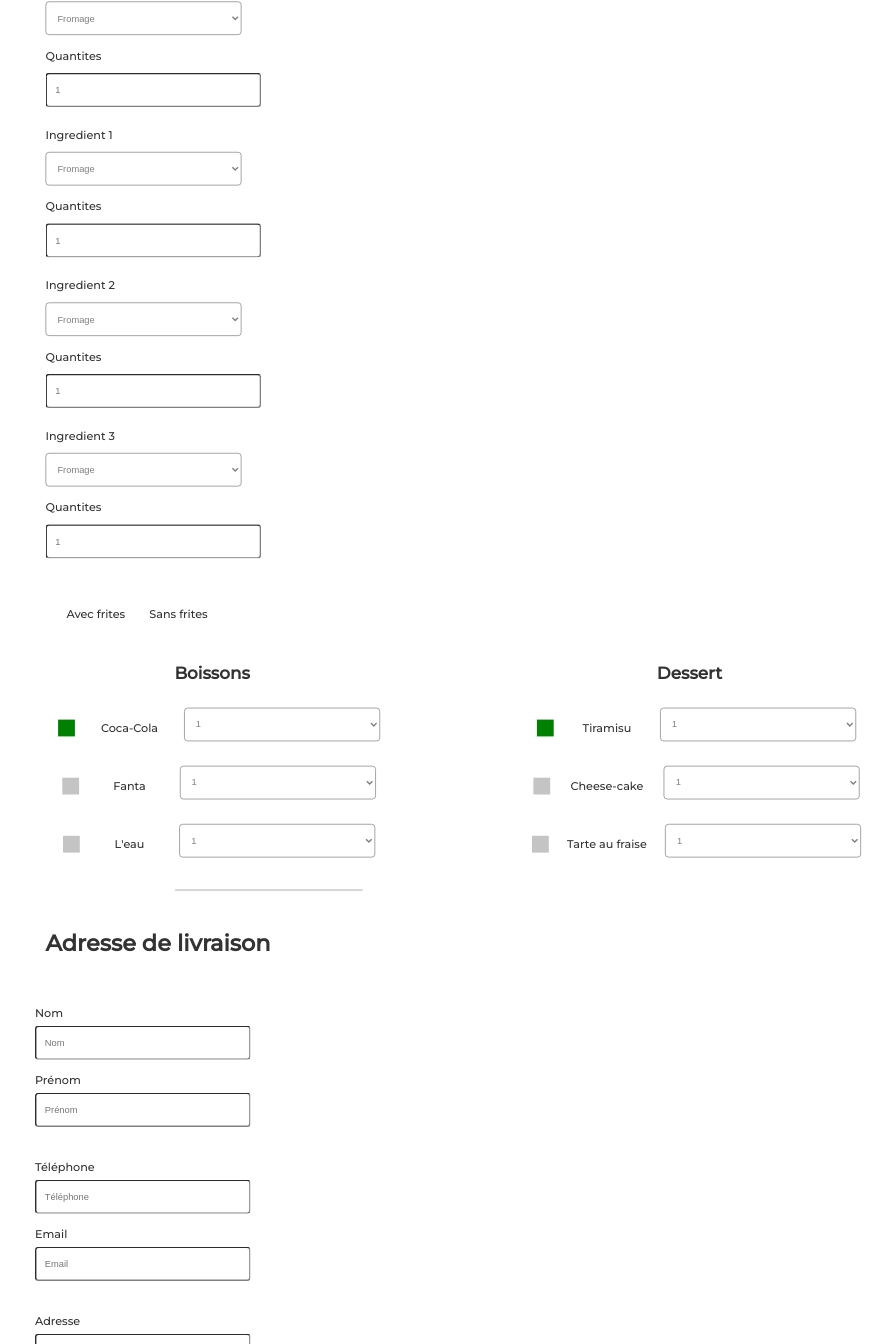
Repository: Ahlam-belhadj/bella-olange
Page: index2.html
The author's editor kept a copy of each file at every save. The page is drawn from the files as they stood at one save, then again after the next save.
The browser window is 768 px wide. The page is 1243 px wide, so the pictures cover 1243 px, including what lies to the right of the window. The pictures show the part of the page from y = 1700 to 3620 px (the page is 4183 px tall), at 70% of full size.

Above is the page before, as saved 2023-02-12 01:13:39.

After the next save:
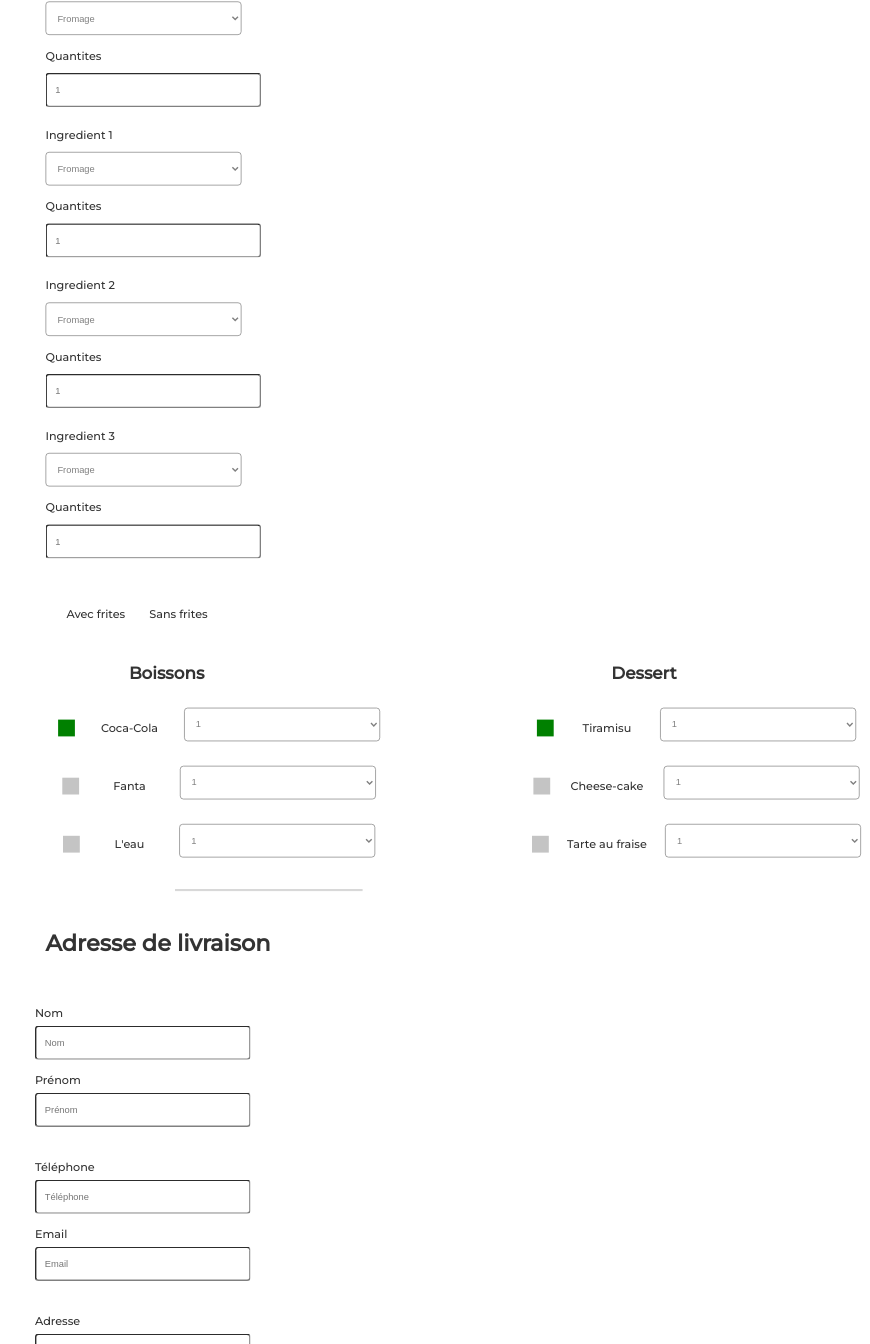
Saved 28 s later.
--- a/style2.css
+++ b/style2.css
@@ -462,6 +462,6 @@ button {
 
 h2{
     text-align: center;
-    padding-right: 20px;
-}
-}
+    padding-right: 150px;
+}
+}
